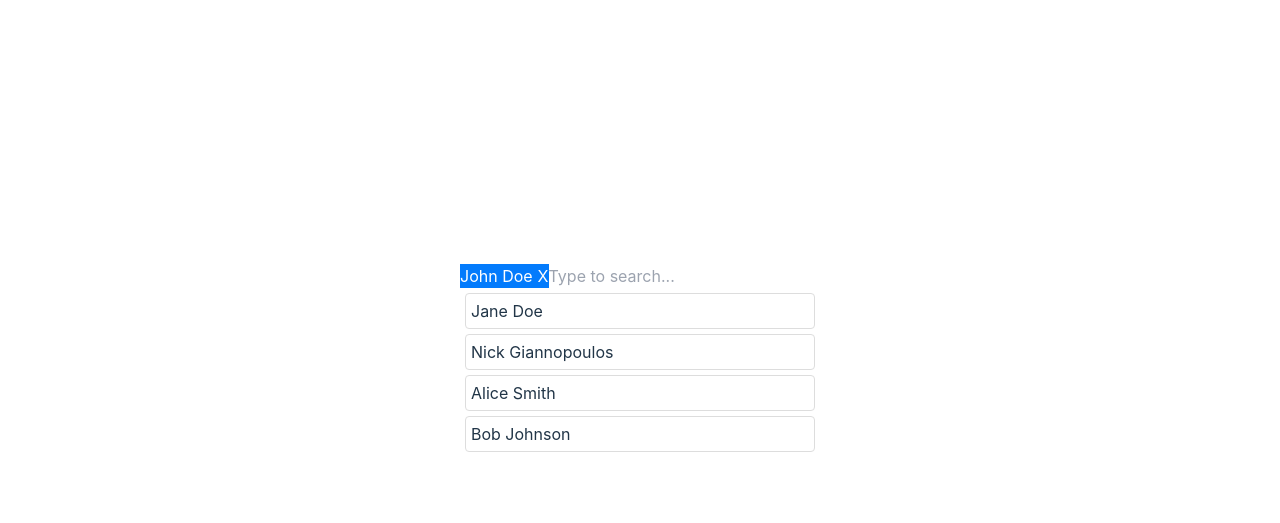
Repository: Ayansaxena24/Chip
Page: /, after clicking the first element matching `li`
The author's editor kept a copy of each file at every save. The page is drawn from the files as they stood at one save, then again after a run of saves.
The browser window is 1280 px wide. The pictures show the whole page.
Some web libraries are served in a nearby version. The project was rebuilt for these pictures with package versions that can differ from the ones it lists, and the page was loaded fresh each time. Also part of the build but not shown: vite.config.ts.

Above is the page before, as saved 2024-01-16 03:08:10.

After the next 4 saves:
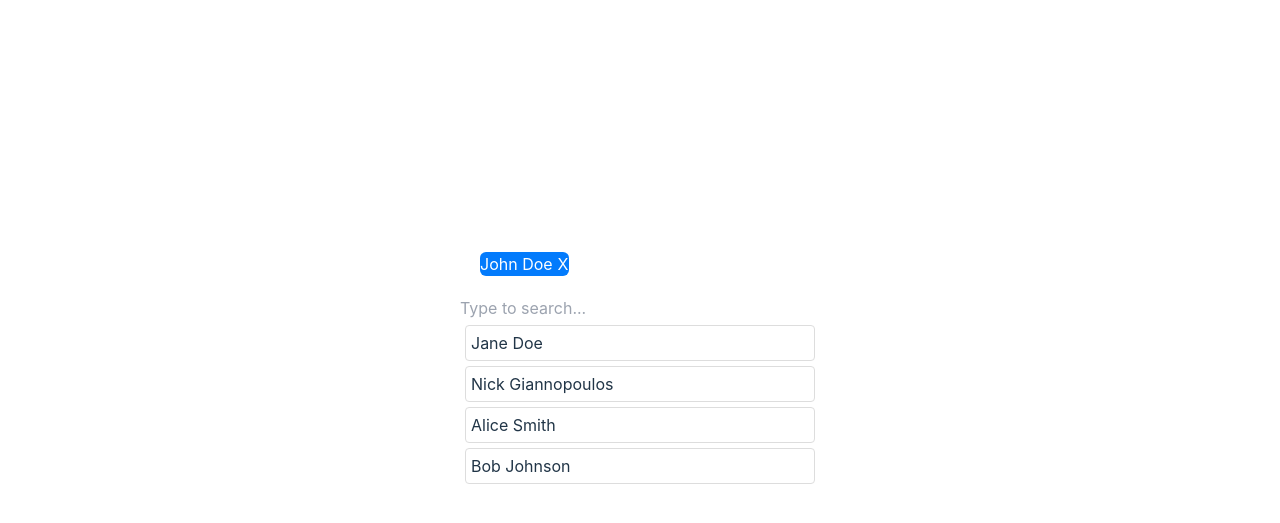
The 4 saves are shown as one change because they came seconds apart.
The last was saved 11 s later.
--- a/src/ChipInput.tsx
+++ b/src/ChipInput.tsx
@@ -78,7 +78,7 @@ const ChipInput: React.FC = () => {
           {chips.map((chip) => (
             <div
               key={chip.id}
-              className="bg-[#037bfc] text-white rounded-"
+              className="bg-[#037bfc] text-white rounded-md m-5"
               onClick={() => handleChipRemove(chip.id)}
             >
               {chip.label}
